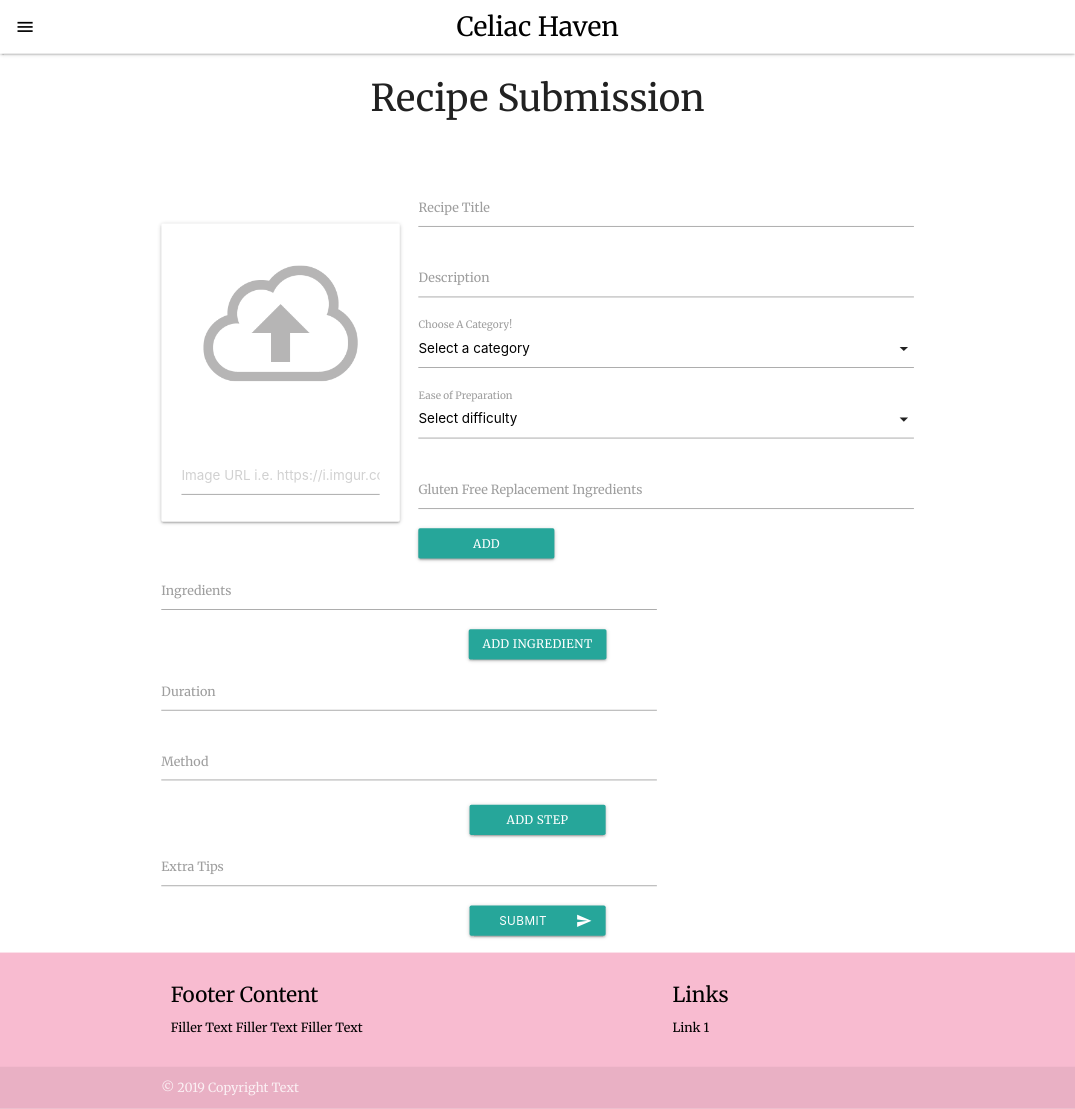
Repository: DanielJMaia/cookbook-project
Page: http://localhost/add_recipe
The author's editor kept a record of every edit. The page is drawn from the files as they stood at one moment, then again after the next edit.
The browser window is 1280 px wide. The pictures show the whole page, at 84% of full size.
Some web fonts or font styles are not loaded; a fallback is used. The page is served by the project's application, run on Flask 3 (app.py). Queries for data that is not in the repository find no rows.

Above is the page before.

After the next edit:
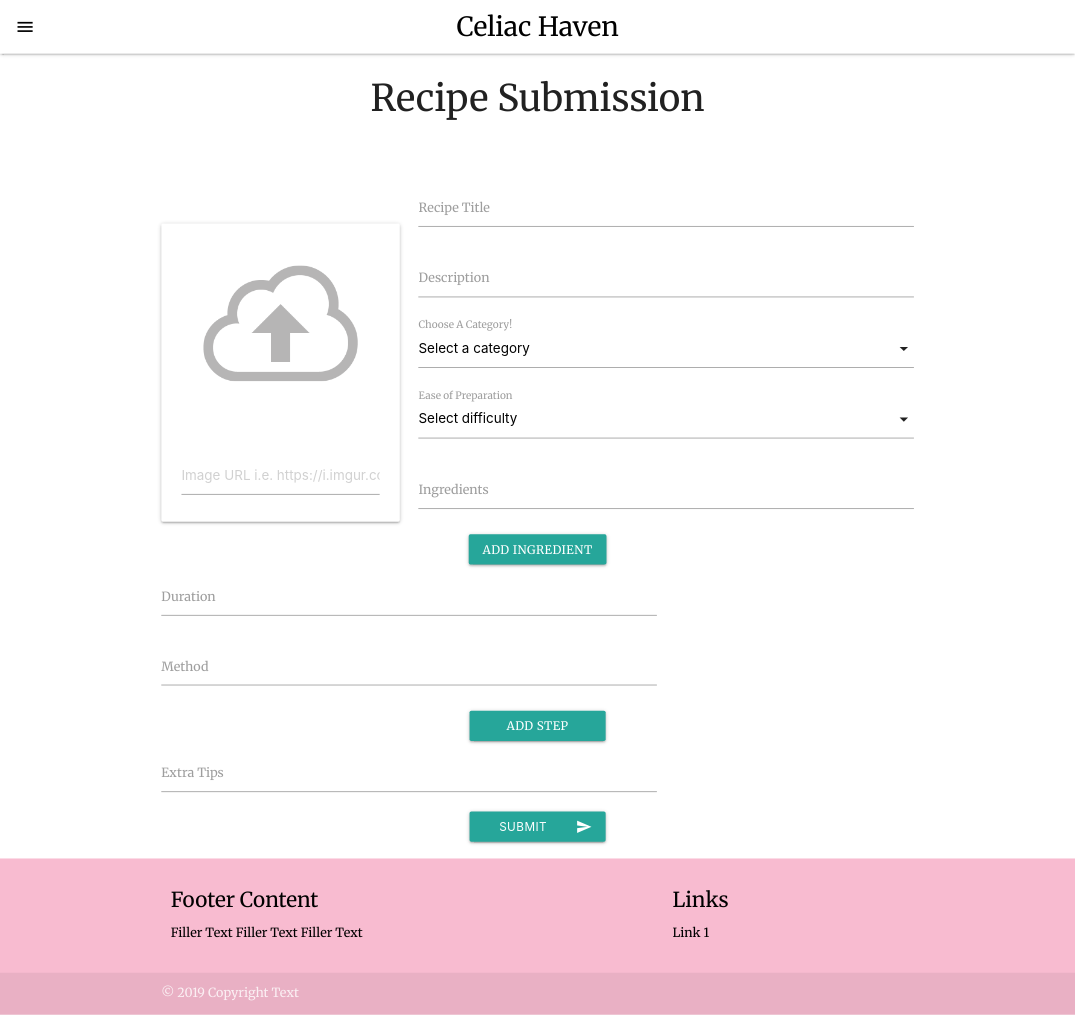
The edit:
--- a/templates/add_recipe.html
+++ b/templates/add_recipe.html
@@ -41,13 +41,6 @@
                 <label>Ease of Preparation</label>
             </div>
             <div class="input-field col s11 m8">
-                <input id="gf_ingredient" type="text" class="validate" name="gf_ingredient">
-                <label for="gf_ingredient">Gluten Free Replacement Ingredients</label>
-            </div>
-            <div class="col s2 center-align">
-                <a class="waves-effect waves-light btn button_form_min_width">Add Ingredient</a>
-            </div>
-            <div class="input-field col s11 m8">
                 <input id="ingredients" type="text" class="validate" name="ingredients" required>
                 <label for="ingredients">Ingredients</label>
             </div>
